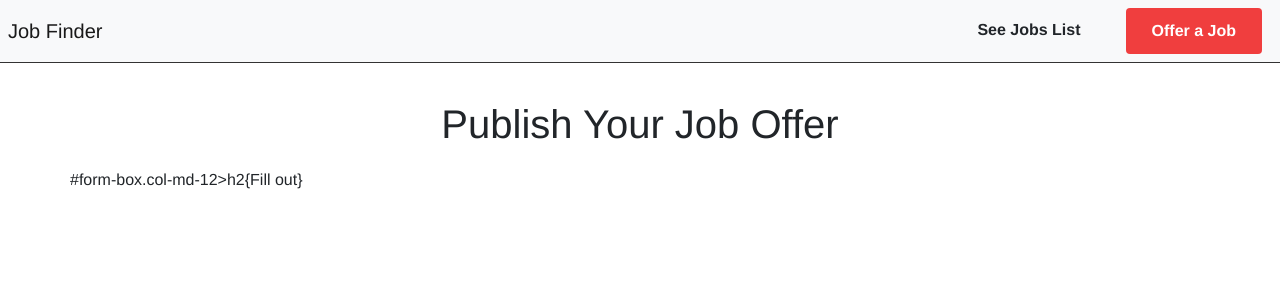
Repository: doncsar/couse-jobfinder-app
Page: templates/add.html
These files come from the project's save history. The page is drawn as it stood at one moment and after the next save; the edit follows.
The browser window is 1280 px wide. The pictures show the whole page.

Above is the page before, as saved 2023-12-20 20:18:36.

After the next save:
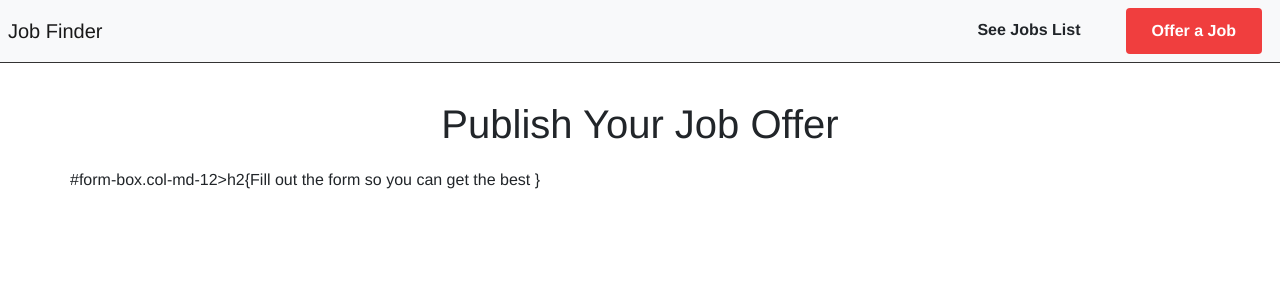
Saved 11 s later.
--- a/templates/add.html
+++ b/templates/add.html
@@ -48,7 +48,7 @@
             <div class="col-md-12">
                <h1 class="text-center">Publish Your Job Offer</h1>
             </div>
-            #form-box.col-md-12>h2{Fill out}
+            #form-box.col-md-12>h2{Fill out the form so you can get the best }
          </div>
       </div>
 
